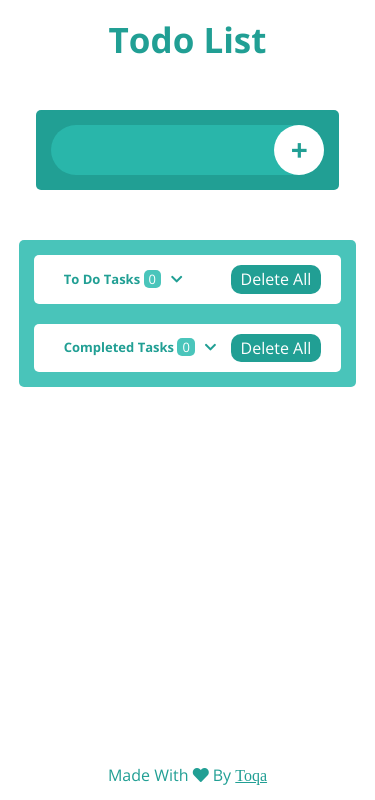
Repository: Toqa-25/todo-list
Page: index.html
An editor plug-in stored every save of this project. The page is shown before and after the next save, followed by the edit.
The browser window is 375 px wide. The pictures show the whole page.
Some web fonts or font styles are not loaded; a fallback is used.

Above is the page before, as saved 2022-02-07 16:50:43.

### index.html
<!DOCTYPE html>
<html lang="en">
<head>
    <meta charset="UTF-8">
    <meta http-equiv="X-UA-Compatible" content="IE=edge">
    <meta name="viewport" content="width=device-width, initial-scale=1.0">
     <!-- css fils -->
     <link rel="stylesheet" href="css/normalize.css">
     <link rel="stylesheet" href="css/all.min.css">
     <link rel="stylesheet" href="css/style.css">
     <!-- google fonts -->
     <link rel="preconnect" href="https://fonts.googleapis.com">
     <link rel="preconnect" href="https://fonts.gstatic.com" crossorigin>
     <link href="https://fonts.googleapis.com/css2?family=Open+Sans:wght@300;400;500;600;700;800&display=swap" rel="stylesheet">
     <link href="https://fonts.googleapis.com/css2?family=Pushster&amp;display=swap" rel="stylesheet">
     <!-- page title -->
    <title>ToDo List</title>
</head>
<body>
    <section class="todo-section container">
        <div class="todo-main-head ">
            <h2 class="todo-head">todo list</h2>
        </div>
        <div class="todo-input  ">
            <input type="text" name="" id="input-field">
            <span class="pluse" id="plus">+</span>
        </div>
        <div class="todo-group pad ">
        <div class="todo-list doing" id="todo-list-do">
             <div class="todo-list-header-group">
                 <h4 class="todo-list-head">to do tasks <span class="tasks-number"></span><i class="fas fa-chevron-down todo-chevron"></i></h4>
                <button class="btn delet-all-tasks">delete all</button>
            </div>
           <div class="todo-list-content todo">
           </div>
        </div>
        <div class="todo-list completed" id="todo-list-complete">
            <div class="todo-list-header-group">
                <h4 class="todo-list-head">completed tasks <span class="completed-tasks-number"></span><i class="fas fa-chevron-down complete-chevron"></i></h4>
                <button class="btn delet-all-completed-tasks">delete all</button>
            </div>
           <div class="todo-list-content complet">
           </div>
        </div>
        </div>
    </section>
    <div class="bottom-group">
             <p>made with <i class="fas fa-heart"></i> by <a class="developer link-none" href="https://toqa-25.github.io/portfolio/">toqa</a></p>
    </div>

    <script src="js/script.js"></script>
    <script src="https://unpkg.com/sweetalert/dist/sweetalert.min.js"></script>
</body>
</html>

### css/style.css
/* component style */
:root{
    --main-color:#219F94;
    --main-alt-color:#2bbbafda;
    --white-color:#fff;
    --text-color:#C1DEAE;
}
*{
     margin:0;
     padding:0;
     box-sizing: border-box;
}
html{
    scroll-behavior: smooth;
}
body{
    font-family: 'Open Sans', sans-serif;
    min-height: 100vh;
}
.container{
    width:90%;
    margin:0 auto;
}

.pad{
    padding: 30px 0;
}

/* element style */
section{
    display: flex;
    align-items: center;
    flex-direction: column;
    min-height: calc(100vh - 50px);
    gap:50px;

}
.todo-main-head {
    /* padding-top: 20px;
    margin-top: 20px; */
    margin: 20px auto 0;
}
.todo-head {
    color: var(--main-color);
    font-weight: bold;
    text-transform: capitalize;
    font-size: 35px;
    text-align: center;
}
.todo-input{
    background-color: var(--main-color);
    position: relative;
    border-radius: 5px;
    width: 600px;
    margin: 0 auto;
    padding: 15px 0;
}
@media(max-width:991px){
   .todo-input{
       width:90%;
   }
}
#input-field {
    width: calc(100% - 30px);
    margin: 0 15px;
    height: 50px;
    border: none;
    outline: none;
    background-color: var(--main-alt-color);
    color: #fff;
    padding:5px 20px;
    border-radius: 25px;
    -webkit-border-radius: 25px;
    -moz-border-radius: 25px;
    -ms-border-radius: 25px;
    -o-border-radius: 25px;
}
#input-field:focus{

}
.pluse {
    width: 50px;
    height: 50px;
    background-color: var(--white-color);
    border-radius: 50%;
    display: inline-block;
    padding: 21px;
    text-align: center;
    font-size: 30px;
    display: flex;
    justify-content: center;
    align-items: center;
    position: absolute;
    right: 15px;
    top: 50%;
    transform: translateY(-50%);
    color: var(--main-color);
    font-weight: bold;
    cursor: pointer;
}

.todo-group {
    background-color: var(--main-alt-color);
    /* margin-top: 30px; */
    padding: 15px;
    display: flex;
    justify-content: space-between;
    align-items: center;
    gap:20px;
    flex-direction: column;
    width:fit-content;
    border-radius: 5px;

}
.todo-list {
    background-color: var(--white-color);
    padding: 10px 20px;
    color: var(--main-color);
    flex:1;
    border-radius: 5px;
     width: 600px;
}
@media(max-width:767px){

    .todo-list {
        width:100%;
    }
}
.todo-list-content , .complet {
    padding:20px;
    display: none;
}
.todo-list-task-group {
    display: flex;
    justify-content: space-between;
    align-items: center;
    border: 1px solid var(--main-alt-color);
    padding: 5px;
    border-radius: 6px;
    margin-bottom: 10px;
}
.todo-list-task {
    padding: 5px 20px;
    display: flex;
    justify-content: space-between;
    align-items: center;
    position: relative;
    margin:10px 5px;
    width:80%;
}
.todo-list-task:before{
    content:"";
    position: absolute;
    top:0;
    left:0;
    height: 100%;
    background-color: var(--main-alt-color);
    width: 8px;
    border-radius: 0px 100px 100px 0px;
}
.btn {
    color: var(--white-color);
    width: fit-content;
    /* height: 27px; */
    padding: 5px 10px;
    background-color: var(--main-color);
    border: none;
    border-radius: 10px;
    cursor: pointer;
    text-transform: capitalize;
}
.todo-list-header-group {
    display: flex;
    justify-content: space-between;
    align-items: center;
    /* flex-wrap: wrap; */
}
.todo-list-head {
    text-transform: capitalize;
    width: fit-content;
    /* margin: auto; */
    /* text-align: center; */
    padding: 3px 10px;
    font-size: 20px;
}
.todo-list-text {
    /* text-transform: capitalize; */
}
.completed-task{
    position: relative;
}
.todo-list-checked {
    width: 15px;
    height: 15px;
    border: 1px solid var(--main-color);
    border-radius: 3px;
    display: flex;
    justify-content: center;
    align-items: center;
}
.completed-task:after{
    content: "";
    width: 90%;
    height: 2px;
    border-radius: 2px;
    position: absolute;
    top: 50%;
    left: 50%;
    transform: translate(-50%, -50%);
    background-color: var(--main-color);
}
.todo-list-checked i {
    font-size: 15px;
    margin-left: 3px;
    margin-bottom: 0px;
}
.completed-tasks-number,.tasks-number {
    padding: 0px 5px;
    background-color: var(--main-alt-color);
    color: #fff;
    border-radius: 5px;
    font-weight: normal;
}
i.fas.fa-chevron-down {
    margin-left: 10px;
}
.bottom-group{
color:var(--main-color);
text-align: center;
margin: 16px auto;
}
.bottom-group p{
    text-transform:capitalize;
}
.bottom-group p a{
    font-family: 'Pushster', cursive;
     color:var(--main-color);
}
.show{
    display:block;
}
.sign-login-group {
    width: fit-content;
    display: flex;
    justify-content: space-between;
    align-content: center;
    flex-direction: column;
    gap: 30px;
    margin-top: 100px;
}
.todo-input-group {
    min-width: 300px;
    display: flex;
    justify-content: space-between;
    align-content: center;
    flex-wrap: wrap;
    gap: 30px;
}
.todo-input-group label {
    text-transform: capitalize;
    color: var(--main-color);
    font-weight: bold;
}
.todo-input-group input {
    padding: 5px 10px;
    border-radius: 7px;
    border-color: var(--main-color);
    outline: none;
    color: var(--main-color);

}
.buttons-group {
    display: flex;
    justify-content: center;
    width: fit-content;
    align-items: center;
    gap: 10px;
    margin: 0 auto;
}
.buttons-group span{
    text-transform: uppercase;
    font-weight: bold;
    color: var(--main-color);
}
.sign-login-group .btn  {
    margin: auto;
    color: #fff;
    font-size: 18px;
}
.sign-login-group .buttons-group a {
  font-size: 20px;
    color: var(--main-color);
}

@media (max-width:767px){
    .todo-group{
        width: 100%;
    }
    /* .todo-list-header-group {
        flex-direction: column;
    } */
    /* .todo-list-header-group .btn{
        margin-left: 8px;
        margin-top: 10px;
    } */
    .todo-list-head {
    font-size: 13px;
    }
}

@media (max-width:375px){

}

### js/script.js

// const variables
let inputTask = document.getElementById("input-field"),
    plusButton = document.getElementById("plus"),
    toDoContent = document.querySelector(".todo"),
    completeContent = document.querySelector(".complet"),
    taskText = document.querySelector(".todo-list-text"),
    numberOfTasks = document.querySelector(".tasks-number"),
    numberOfCompletedTasks = document.querySelector(".completed-tasks-number"),
    todoChevron = document.querySelector(".todo-chevron"),
    completeChevron = document.querySelector(".complete-chevron"),
    deleteAllTasks = document.querySelector(".delet-all-tasks"),
    deleteAllCompletedTasks = document.querySelector(".delet-all-completed-tasks");

// var variables
var checkedSpan = [...document.querySelectorAll(".todo-list-checked")];
var checkedClasses = [...document.querySelectorAll(".checked")];
var buttonSgroup = [...document.querySelectorAll(".delete")];
let todoList = JSON.parse(localStorage.getItem("tasks"))
  ? JSON.parse(localStorage.getItem("tasks"))
  : [];
let completeList = JSON.parse(localStorage.getItem("completedTasks"))
  ? JSON.parse(localStorage.getItem("completedTasks"))
  : [];
/********************************************************** */
if ( todoList.length >= 1) {
    numberOfTasks.innerHTML = todoList.length;
}
else{
    numberOfTasks.innerHTML = 0;
}

if (completeList && completeList.length >= 1) {
  numberOfCompletedTasks.innerHTML = completeList.length;
} else {
  numberOfCompletedTasks.innerHTML = 0;
}
/********************************************************** */
window.onload = function () {
    inputTask.focus()
}
plusButton.onclick = addTask;
inputTask.addEventListener("keyup", function (event) {
  // Number 13 is the "Enter" key on the keyboard
  if (event.keyCode === 13) {
    addTask();
  }
});
/************************************* */
// 1- add task
function addTask() {
  if (inputTask.value != null && inputTask.value != "") {
      if (todoList.includes(inputTask.value.trim())) {
          swal("This Task is  Already Exists.");
      }
          toDoContent.innerHTML += `  <div class="todo-list-task-group">
                                        <div class="todo-list-task doing-task">
                                            <p class="todo-list-text">${inputTask.value.trim()}</p>
                                            <span id="todo-list-doing" class="todo-list-checked"></span>
                                        </div>
                                        <button class="btn delete">delete</button>
                                    </div>`;
          todoList = [...todoList, inputTask.value.trim()];
          localStorage.setItem("tasks", JSON.stringify(todoList));
          inputTask.value = "";
          currentTasks(toDoContent, todoList);
          checkedSpan = [];
          checkedSpan = [...document.querySelectorAll(".todo-list-checked")];
          checkedTask(checkedSpan);
          buttonSgroup = [];
          buttonSgroup = [...document.querySelectorAll(".delete")];
          deleteUneededTask(buttonSgroup);
          numberOfTasks.innerHTML.innerHTML++;
          inputTask.focus();

  }
  else {
      swal("Enter Your Task");
  }
}

// 2- drow new tasks
function currentTasks(plceContent, tasksArray) {
  plceContent.innerHTML = "";
  for (i = 0; i < tasksArray.length; i++) {
    plceContent.innerHTML += `<div class="todo-list-task-group">
                <div class="todo-list-task doing-task">
                <p class="todo-list-text">${tasksArray[i]}</p>
                <span id="todo-list-doing" class="todo-list-checked"></span>
                </div>
                <button class="btn delete">delete</button>
                </div>`;
  }
  checkedSpan = [];
  checkedSpan = [...document.querySelectorAll(".todo-list-checked")];
  checkedTask(checkedSpan);
//   console.log("current", checkedSpan);
  buttonSgroup = [];
  buttonSgroup = [...document.querySelectorAll(".delete")];
    deleteUneededTask(buttonSgroup);
       numberOfTasks.innerHTML = "";
       numberOfTasks.innerHTML = todoList.length;
}
currentTasks(toDoContent, todoList);

// 3- drow new tasks
function currentCheckedTasks(plceContent, tasksArray) {
  plceContent.innerHTML = "";
  for (i = 0; i < tasksArray.length; i++) {
    plceContent.innerHTML += `<div class="todo-list-task-group ">
                <div class="todo-list-task doing-task completed-task">
                <p class="todo-list-text">${tasksArray[i]}</p>
                <span id="todo-list-doing" class="todo-list-checked checked"><i class="fas fa-check"></i></span>
                </div>
                <button class="btn delete">delete</button>
                </div>`;
  }
  checkedClasses = [];
  checkedClasses = [...document.querySelectorAll(".checked")];
  unCheckedTask(checkedClasses);
  buttonSgroup = [];
  buttonSgroup = [...document.querySelectorAll(".delete")];
    deleteUneededTask(buttonSgroup);
        numberOfCompletedTasks.innerHTML = "";
        numberOfCompletedTasks.innerHTML = completeList.length;
}
currentCheckedTasks(completeContent, completeList);

// 4- drow completed tasks

function checkedTask(checkBoxs) {
  checkBoxs.forEach((checkBox) => {
    checkBox.onclick = function addChecked(checkBox) {
      deleteTask(checkBox.currentTarget);
      transformTask(checkBox.currentTarget);
    };
  });
}
checkedTask(checkedSpan);

//5- drow uncompleted Tasks
function unCheckedTask(checkBoxs) {
  checkBoxs.forEach((checkBox) => {
    checkBox.onclick = function addChecked(checkBox) {
      deleteTask(checkBox.currentTarget);
        transformTask(checkBox.currentTarget);
    };
  });
}
unCheckedTask(checkedClasses);

// 6- delete tasks
/************************************* */
function deleteTask(current) {
  let currentParent = current.parentElement,
    element = currentParent.parentElement,
    elementFirstParent = element.firstElementChild,
    elementText = elementFirstParent.firstElementChild.innerHTML;
    if (elementFirstParent.classList.contains("completed-task")) {
        completeList.splice(completeList.indexOf(elementText), 1);
        localStorage.setItem("completedTasks", JSON.stringify(completeList));
        numberOfCompletedTasks.innerHTML = ""
        numberOfCompletedTasks.innerHTML = completeList.length

} else {
    todoList.splice(todoList.indexOf(elementText), 1);
    localStorage.setItem("tasks", JSON.stringify(todoList));
    numberOfTasks.innerHTML = ""
    numberOfTasks.innerHTML = todoList.length
}
element.remove();
console.log(element);
console.log(elementText);
}

function transformTask(current) {
  let currentParent = current.parentElement,
    element = currentParent.parentElement,
    elementFirstParent = element.firstElementChild,
    elementText = elementFirstParent.firstElementChild.innerHTML;
  if (elementFirstParent.classList.contains("completed-task")) {
    todoList = [...todoList, elementText];
    localStorage.setItem("tasks", JSON.stringify(todoList));
    currentTasks(toDoContent, todoList);
  } else {
    // completeList.push(elementText);
        completeList = [...completeList, elementText];
    localStorage.setItem("completedTasks", JSON.stringify(completeList));
    currentCheckedTasks(completeContent, completeList);
  }
}

function deleteUneededTask(checkBoxs) {
  checkBoxs.forEach((checkBox) => {
    checkBox.onclick = function addChecked(checkBox) {
      let element = checkBox.currentTarget.parentElement,
        elementFirstParent = element.firstElementChild,
        elementText = elementFirstParent.firstElementChild.innerHTML;

      element.remove();
      if (elementFirstParent.classList.contains("completed-task")) {
        completeList.splice(completeList.indexOf(elementText), 1);
          localStorage.setItem("completedTasks", JSON.stringify(completeList));
              numberOfCompletedTasks.innerHTML = "";
              numberOfCompletedTasks.innerHTML = completeList.length;
      } else {
        todoList.splice(todoList.indexOf(elementText), 1);
        localStorage.setItem("tasks", JSON.stringify(todoList));
           numberOfTasks.innerHTML = "";
           numberOfTasks.innerHTML = todoList.length;
      }
      console.log(elementText);
      console.log(elementFirstParent);
      console.log(element);
    };
  });
}
deleteUneededTask(buttonSgroup);


todoChevron.onclick = function (){
    toDoContent.classList.toggle("show")
}
completeChevron.onclick = function () {
  completeContent.classList.toggle("show")
};

deleteAllTasks.onclick = function () {
    toDoContent.innerHTML = ""
    todoList = [];
    localStorage.setItem("tasks", JSON.stringify(todoList));
    currentTasks(toDoContent, todoList);
}
deleteAllCompletedTasks.onclick = function () {
  toDoContent.innerHTML = "";
  completeList = [];
  localStorage.setItem("completedTasks", JSON.stringify(completeList));
  currentCheckedTasks(completeContent, completeList);
};

Loaded but not shown: css/normalize.css (library); css/all.min.css (library)

After the next save:
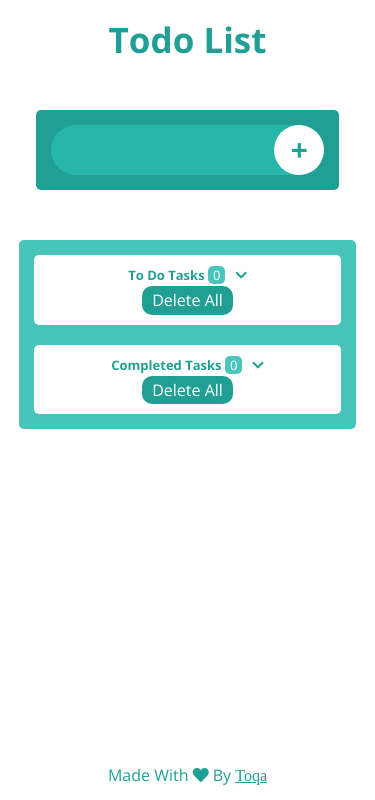
Saved 12 s later.
--- a/css/style.css
+++ b/css/style.css
@@ -296,9 +296,6 @@ margin: 16px auto;
     .todo-group{
         width: 100%;
     }
-    /* .todo-list-header-group {
-        flex-direction: column;
-    } */
     /* .todo-list-header-group .btn{
         margin-left: 8px;
         margin-top: 10px;
@@ -309,5 +306,8 @@ margin: 16px auto;
 }
 
 @media (max-width:375px){
-
-}
+    .todo-list-header-group {
+        flex-direction: column;
+    }
+
+}
